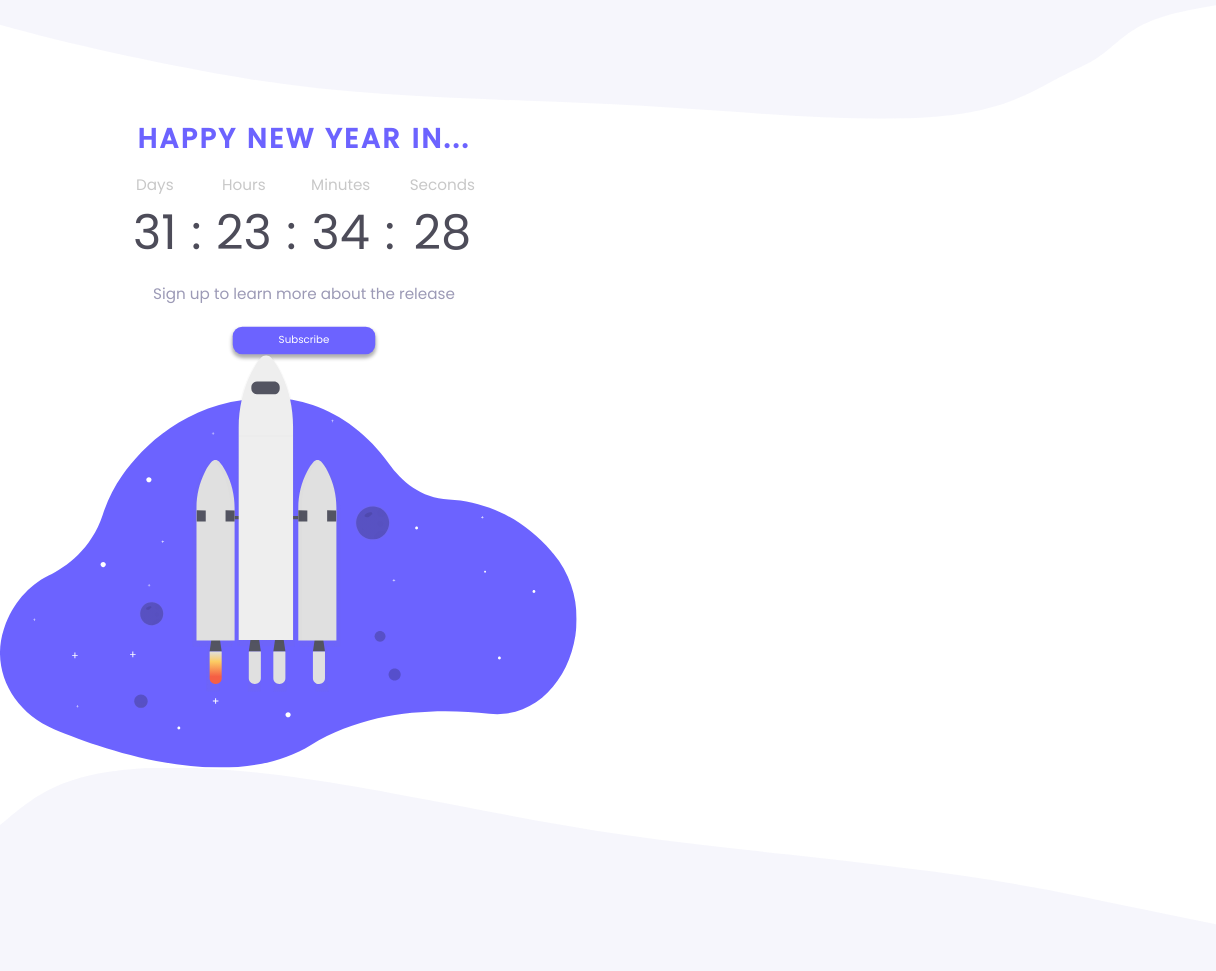
Repository: BrunoBross/countdown
Page: 404.html
These files come from the project's save history. The page is drawn as it stood at one moment and after the next save; the edit follows.
The browser window is 1280 px wide. The pictures show the whole page, at 95% of full size.

Above is the page before, as saved 2021-11-30 01:40:24.

### 404.html
<!DOCTYPE html>
<html lang="en">
<head>
  <meta charset="UTF-8">
  <meta http-equiv="X-UA-Compatible" content="IE=edge">
  <meta name="viewport" content="width=device-width, initial-scale=1.0">
  <link rel="shortcut icon" href="assets/rocket.svg" type="image/x-icon" />
  <title>404 - Not found</title>
  <link rel="stylesheet" href="./style.css">
  <link rel="preconnect" href="https://fonts.googleapis.com">
  <link rel="preconnect" href="https://fonts.gstatic.com" crossorigin>
  <link href="https://fonts.googleapis.com/css2?family=Poppins:wght@300;400;500&display=swap" rel="stylesheet">
</head>
<body>
  <div class="background">
    <img class="image" id="top" src="./assets/top-image.svg" alt="">
    <div class="center">
      <div class="content">
        <h1>HAPPY NEW YEAR IN...</h1>
        <div class="clock">
          <div class="time" id="days">
            <p>Days</p>
            <h1>00</h1>
          </div>
          <div class="time"><h1>:</h1></div>
          <div class="time" id="hours">
            <p>Hours</p>
            <h1>00</h1>
          </div>
          <div class="time"><h1>:</h1></div>
          <div class="time" id="minutes">
            <p>Minutes</p>
            <h1>00</h1>
          </div>
          <div class="time"><h1>:</h1></div>
          <div class="time" id="seconds">
            <p>Seconds</p>
            <h1>00</h1>
          </div>
        </div>
        <p>Sign up to learn more about the release</p>
        <button class="subscribe">Subscribe</button>
      </div>
      <img id="rocket" src="./assets/rocket.svg" alt="">
    </div>
    <img class="image" id="bottom" src="./assets/bottom-image.svg" alt="">
  </div>
</body>

<script src="./script.js"></script>
</html>

### style.css
*{
  padding: 0;
  margin: 0;
}

body{
  background-color: #FFF;
}

.background{
  height: 100vh;
  display: flex;
  flex-direction: column;
  justify-content: space-between;
}

.center{
  display: flex;
  justify-content: space-between;
  flex-wrap: wrap;
  width: 100vw;
}

.image{
  width: 100vw;
}

.clock{
  margin: 2vh 0;
  display: flex;
  gap: 1.2vw;
  align-items: flex-end;
  flex-wrap: wrap;
}

.time{
  display: flex;
  flex-direction: column;
  justify-content: center;
  align-items: center;
}

.time > p{
  font-family: 'Poppins', 'sans-serif';
  color: #C8C8C8;
}

.time > h1{
  font-family: 'Poppins', 'sans-serif';
  color: #4D4C59;
  font-size: 7vh;
  font-weight: 400;
}

.content{
  width: 50vw;
  display: flex;
  flex-direction: column;
  justify-content: center;
  align-items: center;
}

.content > h1{
  color: #6C63FF;
  font-family: 'Poppins', 'sans-serif';
  font-weight: 700;
  font-size: 4vh;
  letter-spacing: 0.2vw;
}

.content > p{
  font-family: 'Poppins', 'sans-serif';
  font-weight: 400;
  color: #9C9AB6;
}

.subscribe{
  margin-top: 3vh;
  width: 150px;
  height: 4vh;
  border: none;
  background-color: #6C63FF;
  border-radius: 10px;
  font-family: 'Poppins', 'sans-serif';
  font-weight: 400;
  font-size: 1.5vh;
  color: #FFF;
  box-shadow: 0 3px 4px 1px #00000050;
  cursor: pointer;
  transition: 0.2s;
}

.subscribe:hover{
  filter: brightness(0.9);
}

#rocket{
  margin-right: 3vw;
}

@media only screen and (max-width: 375px) {
  #rocket{
    display: none;
  }

  .center{
    justify-content: center;
    padding: 0;
  }

  .content{
    width: 85vw;
  }

  .content > h1{
    font-size: 3.5vh;
  }

  .background{
    height: 100vh;
  }
}

@media only screen and (max-width: 360px) {
  .content > p{
    font-size: 2vh;
  }
}

### script.js
// Set the date we're counting down to
var countDownDate = new Date("Jan 1, 2022 00:00:00").getTime();

// Update the count down every 1 second
var x = setInterval(function() {

  // Get today's date and time
  var now = new Date().getTime();

  // Find the distance between now and the count down date
  var distance = countDownDate - now;

  // Time calculations for days, hours, minutes and seconds
  var days = Math.floor(distance / (1000 * 60 * 60 * 24));
  var hours = Math.floor((distance % (1000 * 60 * 60 * 24)) / (1000 * 60 * 60));
  var minutes = Math.floor((distance % (1000 * 60 * 60)) / (1000 * 60));
  var seconds = Math.floor((distance % (1000 * 60)) / 1000);
  if(String(days).length == 1){
    days = '0'+days
  }
  if(String(hours).length == 1){
    hours = '0'+hours
  }
  if(String(minutes).length == 1){
    minutes = '0'+minutes
  }
  if(String(seconds).length == 1){
    seconds = '0'+seconds
  }

  // Display the result in the element with id="demo"
  document.querySelector("#days > h1").innerHTML = days
  document.querySelector("#hours > h1").innerHTML = hours
  document.querySelector("#minutes > h1").innerHTML = minutes
  document.querySelector("#seconds > h1").innerHTML = seconds

  // If the count down is finished, write some text
  if (distance < 0) {
    clearInterval(x);
    document.querySelector(".content > h1").innerHTML = "NEW YEAR!!";
  }
}, 1000);

After the next save:
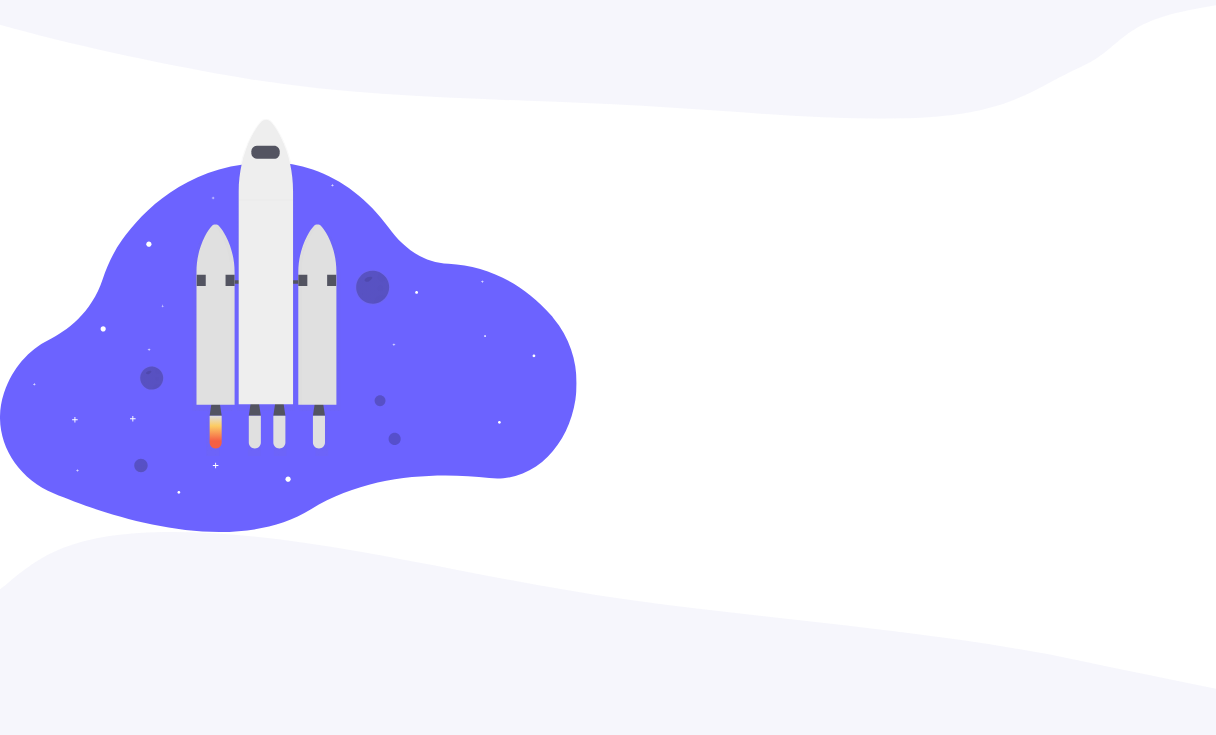
Console error: TypeError: Cannot set properties of null (setting 'innerHTML')
Saved 22 s later.
--- a/404.html
+++ b/404.html
@@ -16,30 +16,7 @@
     <img class="image" id="top" src="./assets/top-image.svg" alt="">
     <div class="center">
       <div class="content">
-        <h1>HAPPY NEW YEAR IN...</h1>
-        <div class="clock">
-          <div class="time" id="days">
-            <p>Days</p>
-            <h1>00</h1>
-          </div>
-          <div class="time"><h1>:</h1></div>
-          <div class="time" id="hours">
-            <p>Hours</p>
-            <h1>00</h1>
-          </div>
-          <div class="time"><h1>:</h1></div>
-          <div class="time" id="minutes">
-            <p>Minutes</p>
-            <h1>00</h1>
-          </div>
-          <div class="time"><h1>:</h1></div>
-          <div class="time" id="seconds">
-            <p>Seconds</p>
-            <h1>00</h1>
-          </div>
-        </div>
-        <p>Sign up to learn more about the release</p>
-        <button class="subscribe">Subscribe</button>
+
       </div>
       <img id="rocket" src="./assets/rocket.svg" alt="">
     </div>
